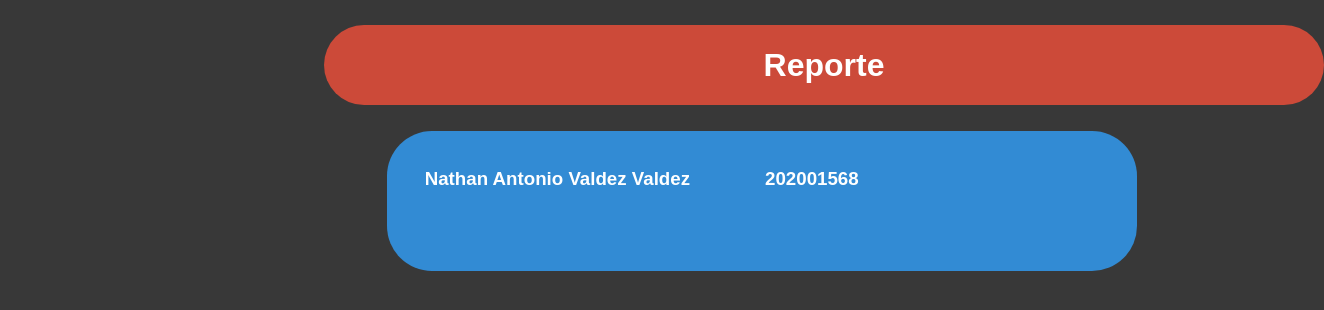
Repository: nathanvdev/LFP_PR_202001568
Page: plantilla.html
An editor plug-in stored every save of this project. The page is shown before and after a run of saves, followed by the edit.
The browser window is 1280 px wide. The page is 1324 px wide, so the pictures cover 1324 px, including what lies to the right of the window. The pictures show the whole page.

Above is the page before, as saved 2022-02-19 18:53:47.

### plantilla.html

<!DOCTYPE html>
<html lang="en">
<head>
    <meta charset="UTF-8">
    <meta http-equiv="X-UA-Compatible" content="IE=edge">
    <meta name="viewport" content="width=device-width, initial-scale=1.0">
    <title>Document</title>
</head>
<style>
    body{
        font-family: sans-serif;
    }
    .titlebox{
        background-color: rgb(204, 74, 57);
        height: 80px;
        width: 1000px;
        margin: 2%;
        margin-left: 25%;
        border-radius: 45px;


        display: flex;
        justify-content: center;
    }
    .PersonalInfo{
        background-color: rgb(50, 139, 212);
        height: 140px;
        width: 750px;
        margin: 2%;
        margin-left: 30%;
        border-radius: 45px;

    }
</style>
<body style="background-color: rgb(56, 56, 56);">
    <div class="titlebox">
        <h1 style="color: white;">Reporte</h1>
    </div>
    <div class="PersonalInfo">
        <h3 style="color: white;
        margin: 5%; float: left;">
            Nathan Antonio Valdez Valdez
        </h3>
        <h3 style="color: white;
        margin: 5%; float: left;">
            202001568
        </h3>
    </div>
</body>
</html>

After the next 2 saves:
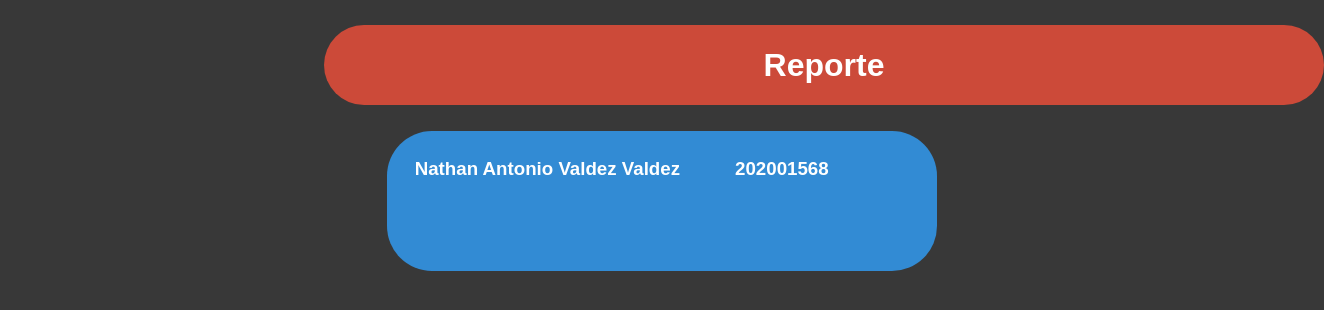
The 2 saves are shown as one change because they came seconds apart.
The last was saved 14 s later.
--- a/plantilla.html
+++ b/plantilla.html
@@ -26,7 +26,7 @@
     .PersonalInfo{
         background-color: rgb(50, 139, 212);
         height: 140px;
-        width: 750px;
+        width: 550px;
         margin: 2%;
         margin-left: 30%;
         border-radius: 45px;
